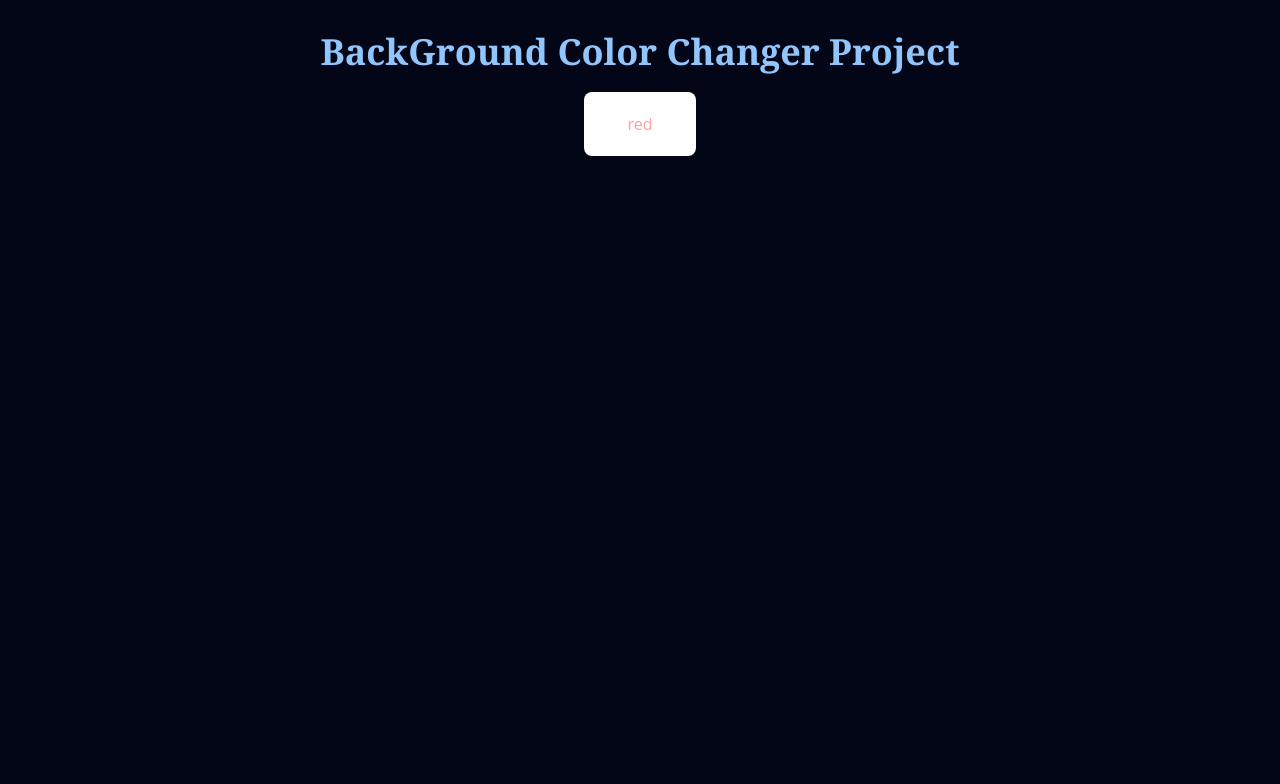
Repository: ChaitanyMishra/react-daily-work
Page: / (app in day-04-react/bg_color_changer/)
These files come from the project's save history. The page is drawn as it stood at one moment and after the next save; the edit follows.
The browser window is 1280 px wide. The pictures show the whole page.
The project was rebuilt for these pictures with package versions that can differ from the ones it lists, and the page was loaded fresh each time. Also part of the build but not shown: day-04-react/bg_color_changer/vite.config.js.

Above is the page before, as saved 2025-06-20 16:50:02.

### day-04-react/bg_color_changer/src/index.css
@tailwind base;
@tailwind components;
@tailwind utilities;
body{
  @apply bg-slate-950
}

### day-04-react/bg_color_changer/src/App.jsx
import {useState } from 'react'
import ChangeBgColor from './backGrounColorChanger/bgChange'
import  ColorChangeButton from './backGrounColorChanger/buttonComponent'
import './App.css'

function App() {
  const [colorState , changeColor] = useState("olvie")

  return (
    <div className='w-full h-screen bg-'>
    <h1 className='text-4xl font-serif font-bold text-blue-300 '>BackGround Color Changer Project</h1>
     <button className="bg-white text-red-300 m-5 p-5 rounded-lg w-[7rem]  ">red</button>
    <ColorChangeButton />
    </div>
  )
}

export default App

### day-04-react/bg_color_changer/src/backGrounColorChanger/bgChange.jsx
export default function ChangeBgColor(){



}

### day-04-react/bg_color_changer/src/backGrounColorChanger/buttonComponent.jsx
export default function ColorChangeButton(){
    <button className="bg-white text-red-300">red</button>
}

Loaded but not shown: day-04-react/bg_color_changer/index.html (common file); day-04-react/bg_color_changer/src/main.jsx (common file); day-04-react/bg_color_changer/src/App.css (common file); day-04-react/bg_color_changer/tailwind.config.js (common file)

After the next save:
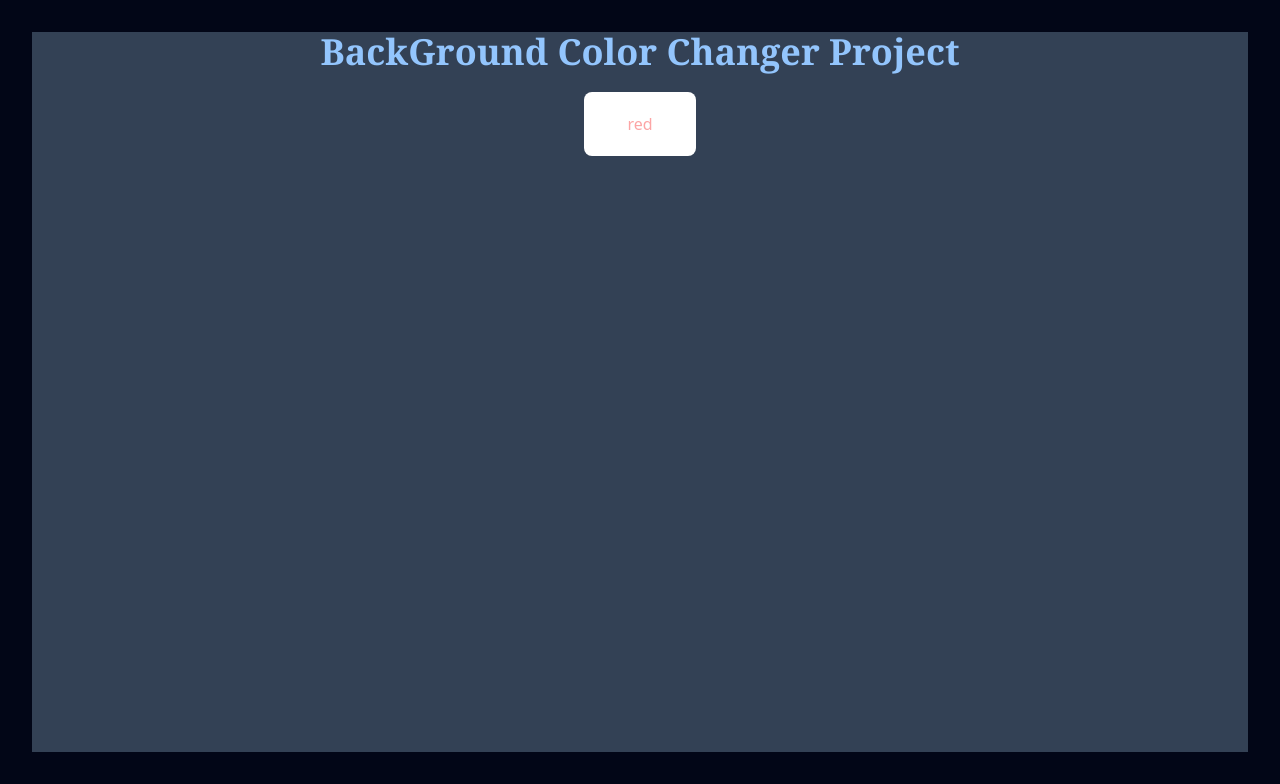
Saved 4 s later.
--- a/day-04-react/bg_color_changer/src/App.jsx
+++ b/day-04-react/bg_color_changer/src/App.jsx
@@ -7,7 +7,7 @@ function App() {
   const [colorState , changeColor] = useState("olvie")
 
   return (
-    <div className='w-full h-screen bg-'>
+    <div className='w-full h-screen bg-slate-700'>
     <h1 className='text-4xl font-serif font-bold text-blue-300 '>BackGround Color Changer Project</h1>
      <button className="bg-white text-red-300 m-5 p-5 rounded-lg w-[7rem]  ">red</button>
     <ColorChangeButton />
